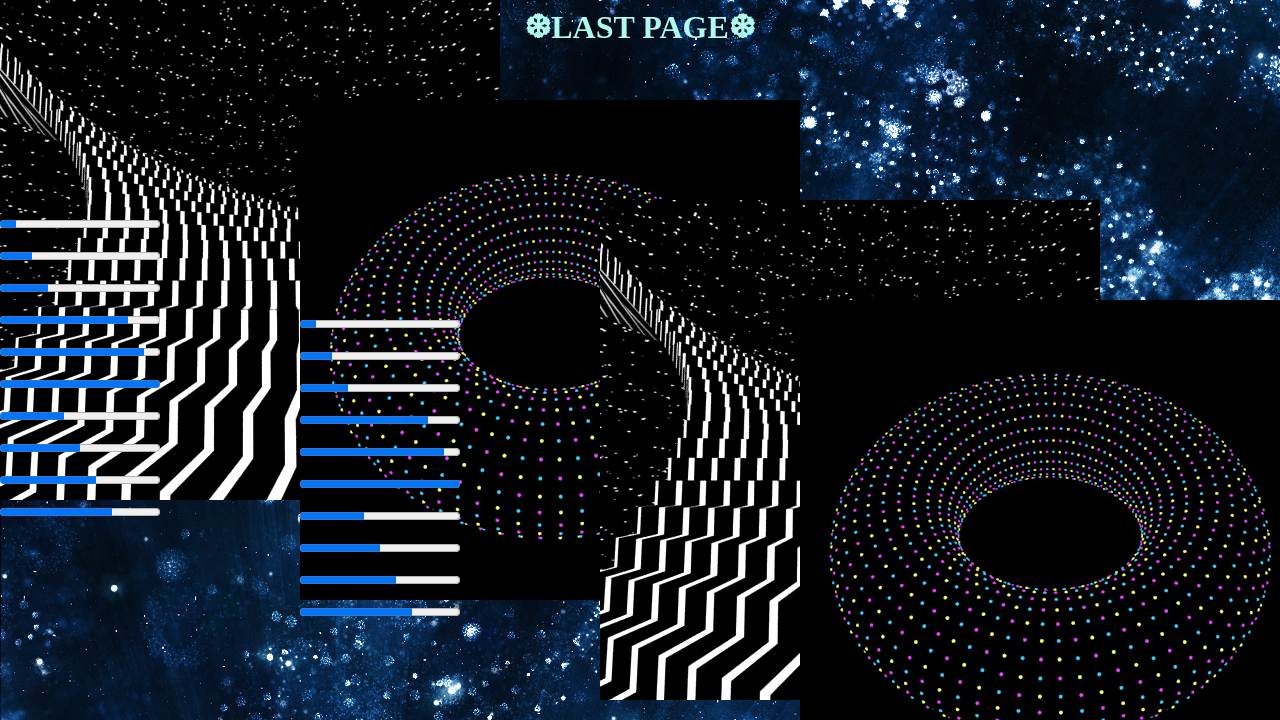
Repository: hanj291/hanj291.github.io
Page: CSS_composition/page5.html
The author's editor kept a record of every edit. The page is drawn from the files as they stood at one moment, then again after the next edit.
The browser window is 1280 px wide. The pictures show the whole page.

Above is the page before.

After the next edit:
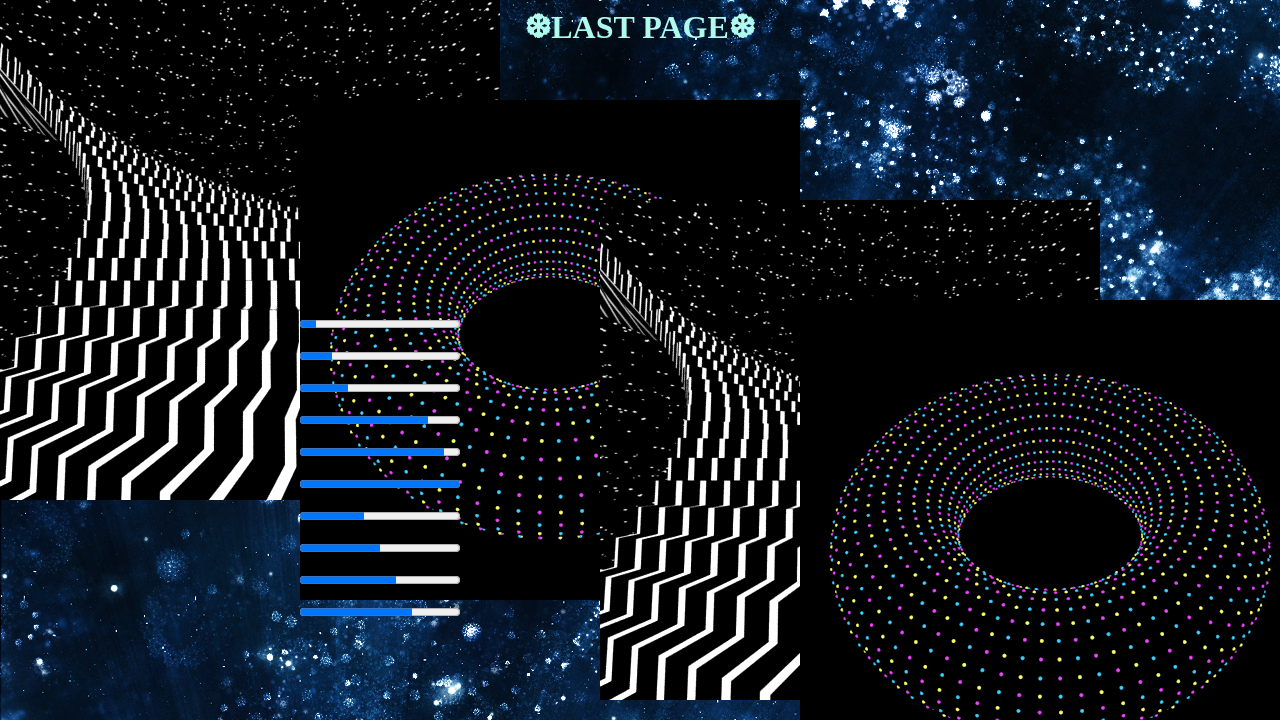
The edit:
--- a/CSS_composition/page5.html
+++ b/CSS_composition/page5.html
@@ -23,17 +23,12 @@
 		<p><progress value="60" max="100"></progress>
 		<p><progress value="70" max="100"></progress></div>
 
-	<div class=i6>
-		<p><progress value="10" max="100"></progress>
-		<p><progress value="20" max="100"></progress>
-		<p><progress value="30" max="100"></progress>
-		<p><progress value="80" max="100"></progress>
-		<p><progress value="90" max="100"></progress>
-		<p><progress value="100" max="100"></progress>
-		<p><progress value="40" max="100"></progress>
-		<p><progress value="50" max="100"></progress>
-		<p><progress value="60" max="100"></progress>
-		<p><progress value="70" max="100"></progress></div>
+
+		<div class= a1></div>
+		<div class=a2></div>
+		<div class=a3></div>
+		<div class=a4></div>
+		<div class=a5></div>
 
 	</body>
 </html>
